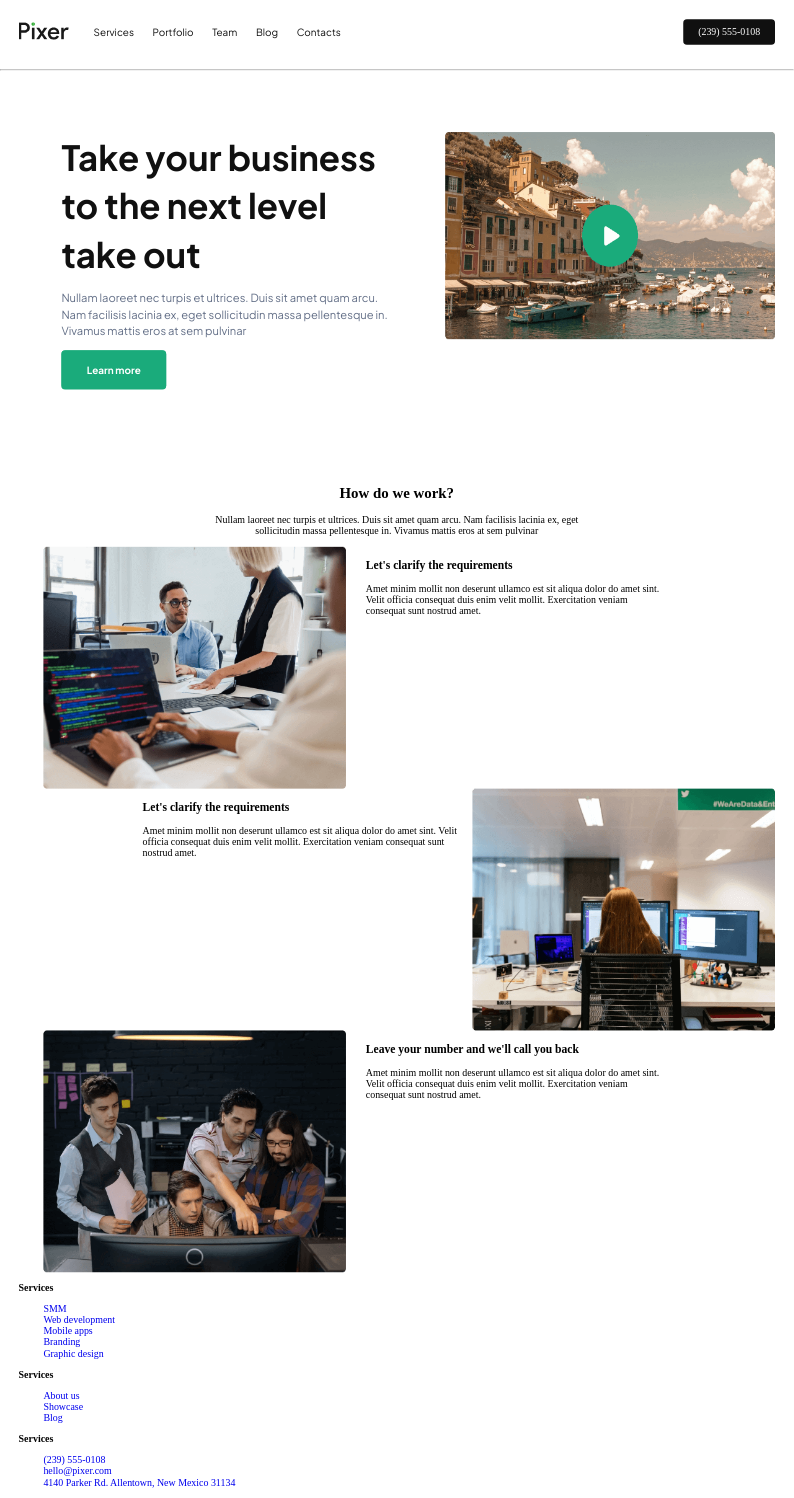
Repository: UlugbekAbdurasulov/pixar
Page: index.html
An editor plug-in stored every save of this project. The page is shown before and after a run of saves, followed by the edit.
The browser window is 1280 px wide. The pictures show the whole page, at 62% of full size.

Above is the page before, as saved 2023-06-05 02:06:14.

After the next 2 saves:
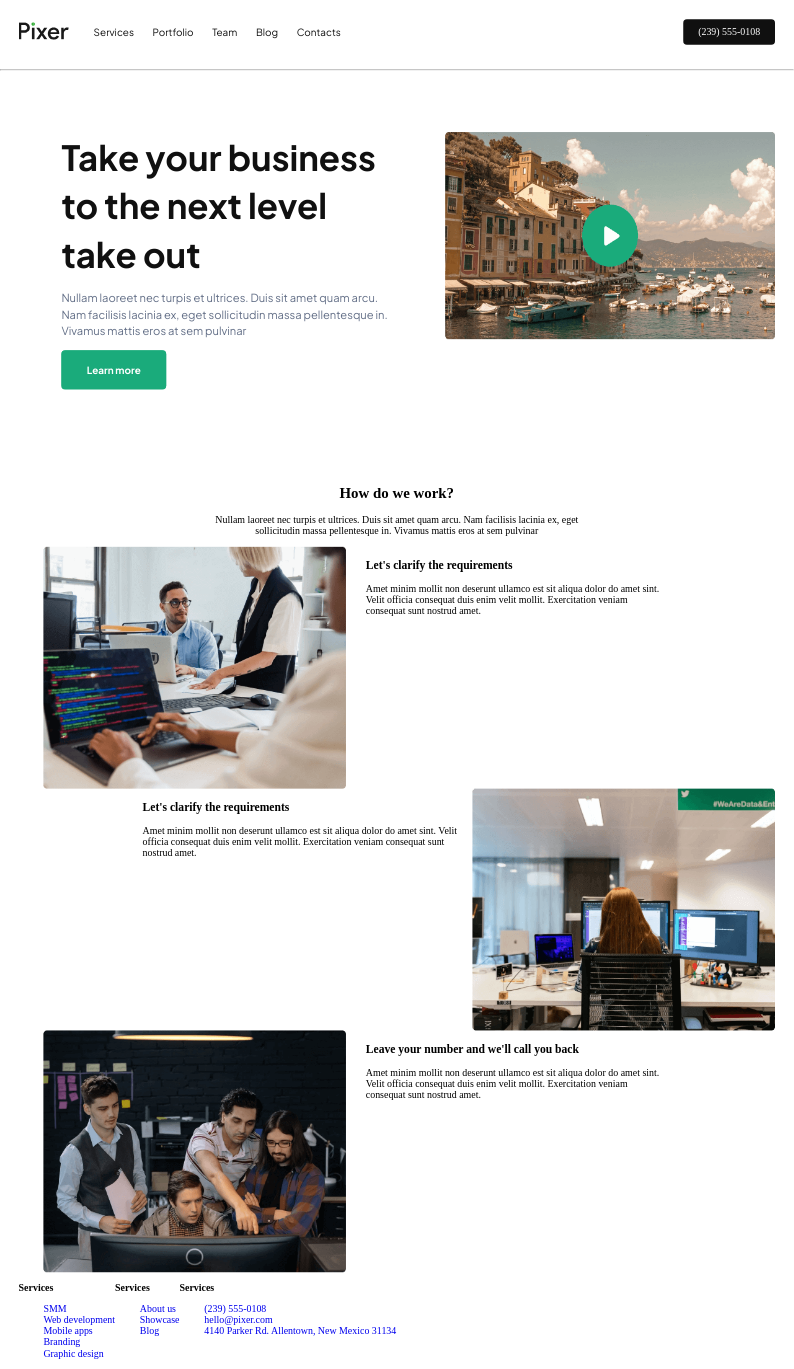
The 2 saves are shown as one change because they came seconds apart.
The last was saved 9 s later.
--- a/css/main.css
+++ b/css/main.css
@@ -193,5 +193,6 @@ margin-left: 32px;
   width: 532px;
 }
 .sayt-footer-start-box{
-  dis
+  display: flex;
+
 }
